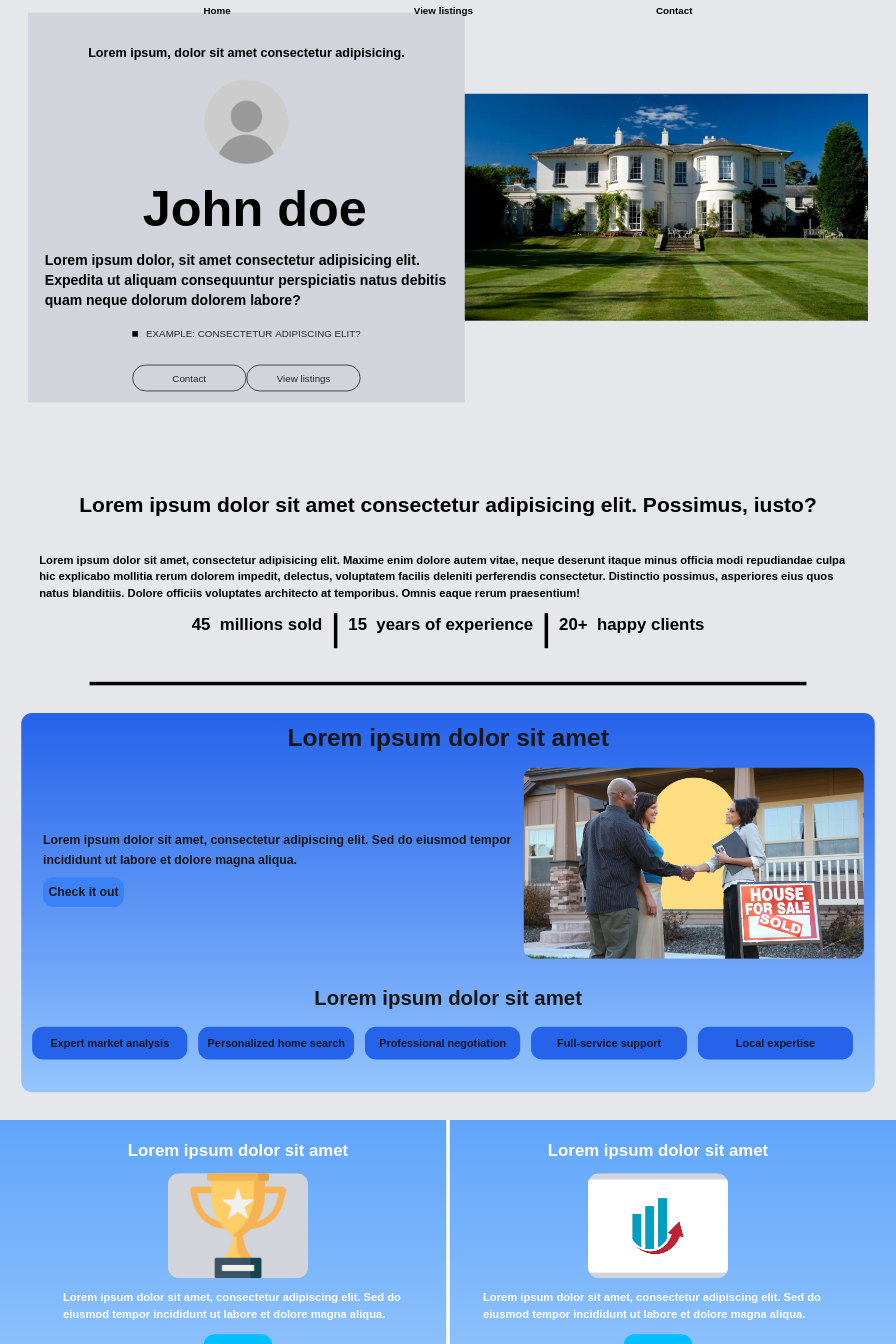
Repository: TMuse333/single-page-real-estate
Page: / (app in frontend/)
These files come from the project's save history. The page is drawn as it stood at one moment and after the next save; the edit follows.
The browser window is 1280 px wide. The pictures show the part of the page from y = 0 to 1920 px (the page is 6391 px tall), at 70% of full size.
The project was rebuilt for these pictures with package versions that can differ from the ones it lists, and the page was loaded fresh each time. The framework's server and built-in components were replaced by stand-ins that run in the browser. Also part of the build but not shown: frontend/next.config.mjs.

Above is the page before, as saved 2024-12-05 15:18:04.

### frontend/src/app/layout.tsx
import { ContextProvider } from "@/context/context";
import type { Metadata } from "next";
import localFont from "next/font/local";
import "./globals.css";

const geistSans = localFont({
  src: "./fonts/GeistVF.woff",
  variable: "--font-geist-sans",
  weight: "100 900",
});
const geistMono = localFont({
  src: "./fonts/GeistMonoVF.woff",
  variable: "--font-geist-mono",
  weight: "100 900",
});

export const metadata: Metadata = {
  title: "Bonnie Hutchins",
  description: "A sample website for Bonnie Hutchins",
};

export default function RootLayout({
  children,
}: Readonly<{
  children: React.ReactNode;
}>) {
  return (
    <html lang="en">
      <ContextProvider>


      <body
        className={`${geistSans.variable} ${geistMono.variable} antialiased`}
      >
        {children}
      </body>
      </ContextProvider>
    </html>
  );
}

### frontend/src/app/page.tsx
"use client"


import AuroraHero from "../components/auroraHero/auroraHero";
import CountUpStats from "../components/countUpStats/countUpStats";
import ExperienceCard from "../components/experienceCard/experienceCard";
import { experienceCard1, experienceCard2 ,experienceCard3,
 displayBox1, displayBox2,blogData, closingStatement, contactCard} from "@/data/data";
// import ImageTextBox from "./components/imageTextBox/imageTextBox";
import DisplayBoxes from "../components/displayBox/displayBox";
import Testimonials from "../components/testimonials/testimonials";
import ScrollCarousel from "../components/scrollCarousel/scrollCarousel";
import Closer from "../components/closer/closer";
import BigNav from "../components/navbar/bigNav";
import Footer2 from "../components/footer/footer";
import ContactCard from "../components/contactCard/contactCard";
import Herobanner from "@/components/herobanner/herobanner";
export default function Home() {
  return (
    <>

   <main className="relative w-screen overflow-x-hidden
   bg-gray-200 ">
   <BigNav
    excludedLink=""
    />
    {/* <AuroraHero/> */}
    <Herobanner/>
    <CountUpStats
    number1="45"
    number2="15.5"
    number3="20"/>

<ExperienceCard
    {...experienceCard2}
    />

    <DisplayBoxes
    data={displayBox1}
    />



<ExperienceCard
    {...experienceCard3}
    />



    <DisplayBoxes
    data={displayBox2}
    />

  <ExperienceCard
    {...experienceCard1}
    />

    <Testimonials/>

    <ScrollCarousel
    images={blogData}
    bgImage
    />



    <Closer
    {...closingStatement}
    />

<ContactCard
    {...contactCard}
    />

    <Footer2
    excludedLink=""
    />


   </main>
   </>
  );
}

### frontend/src/context/context.tsx
"use client"

import React, { createContext, useState, useContext, ReactNode, useEffect } from 'react';

// Define the type for the context value
interface GeneralContextType {

  isMobile: boolean;
  setIsMobile: React.Dispatch<React.SetStateAction<boolean>>;
  heroInView: boolean;
  setHeroInView: React.Dispatch<React.SetStateAction<boolean>>;


}

// Create the context
export const GeneralContext = createContext<GeneralContextType | undefined>(undefined);

// Create a provider component
export const ContextProvider: React.FC<{ children: ReactNode }> = ({ children }) => {
  // Initialize the value state


  // Detect mobile devices
  const [isMobile, setIsMobile] = useState<boolean>(true);

const [heroInView, setHeroInView] = useState(true)





  useEffect(() => {
    const handleScroll = () => {
      if (typeof window !== 'undefined') {
        setIsMobile(window.innerWidth <= 865);
      }
    };

    if (typeof window !== 'undefined') {
      window.addEventListener('scroll', handleScroll);
      handleScroll(); // Initial check
    }

    return () => {
      if (typeof window !== 'undefined') {
        window.removeEventListener('scroll', handleScroll);
      }
    };
  }, []);


  useEffect(() => {
    console.log('is mobile', isMobile);
  }, [isMobile]);

  const contextValue = {

    isMobile,
    setIsMobile,
    heroInView, setHeroInView

  };

  return <GeneralContext.Provider value={contextValue}>{children}</GeneralContext.Provider>;
};

export const useGeneralContext = (): GeneralContextType => {
  const context = useContext(GeneralContext);
  if (!context) {
    throw new Error('useGeneralContext must be used within a ContextProvider');
  }
  return context;
};

### frontend/src/components/countUpStats/countUpStats.tsx
"use client"
import React, {useRef} from "react";
import CountUp from "react-countup";
import { useInView} from 'framer-motion'

interface Props {
  number1: string;
  number2: string;
  number3: string;
}

const CountUpStats: React.FC<Props> = ({ number1, number2, number3 }) => {

    const ref = useRef(null)
    const inView = useInView(ref,{
        once:true
    })
  return (
    <>
    <section   ref={ref}
    className="mx-auto w-screen max-w-[1200px]
    text-black">
         <h2 className="text-center px-4 font-bold text-2xl sm:text-3xl
         my-12">Lorem ipsum dolor sit amet consectetur adipisicing elit. Possimus, iusto?</h2>
         <p className="font-semibold px-4">
            Lorem ipsum dolor sit amet, consectetur adipisicing elit. Maxime enim dolore autem vitae, neque deserunt itaque minus officia modi repudiandae culpa hic explicabo mollitia rerum dolorem impedit, delectus, voluptatem facilis deleniti perferendis consectetur. Distinctio possimus, asperiores eius quos natus blanditiis. Dolore officiis voluptates architecto at temporibus. Omnis eaque rerum praesentium!
         </p>

    <section

      className="flex mx-auto flex-col justify-center items-center mt-4
      md:flex-row font-semibold"
    >

      {/* Number 1 */}
      <div className="text-2xl mb-6 flex flex-col
      justify-center md:flex-row items-start ">
        <CountUp start={0}
          end={inView ? parseInt(number1) : 0}
         duration={2} />
         &nbsp; millions sold
         <div className="w-[50vw] h-[5px] bg-black mb-6
      md:h-[50px] md:w-[5px] mx-4 " />
      </div>

      {/* Divider */}


      {/* Number 2 */}
      <div className="text-2xl mb-6 flex flex-col
      justify-center md:flex-row items-start ">
        <CountUp start={0}
          end={inView ? parseInt(number2) : 0}
         duration={2} />
         &nbsp; years of experience
         <div className="w-[50vw] h-[5px] bg-black mb-6
      md:h-[50px] md:w-[5px] mx-4 " />
      </div>

      {/* Number 3 */}
      <div className="text-2xl mb-6 flex flex-col
      justify-center md:flex-row items-start mb-auto">
        <CountUp start={0}
          end={inView ? parseInt(number3) : 0}
         duration={2} />
         +&nbsp; happy clients

      </div>
    </section>
    </section>

    <div className="w-[80vw] max-w-[1200px]
    mx-auto h-[5px] bg-black"
    />

    </>
  );
};

export default CountUpStats;

### frontend/src/components/displayBox/displayBox.tsx
import React from "react";
import Image from 'next/image'
import Link from "next/link";


interface ElementProps {
    title:string,
    src:string,
    alt:string,
    description:string,
    buttonText:string,
    destination:string
}

const Element:React.FC<ElementProps> = ({
    title,src,alt,description,buttonText,
    destination
}) => {

    return (
        <section className="w-[90vw] mx-auto flex
        mt-2
        flex-col justify-center items-center relative

        sm:w-[45vw] max-w-[500px] mb-8">
            <h2 className="text-white text-center
            text-2xl mb-4 font-semibold">{title}</h2>
            <Image
            src={src}
            alt={alt}
            width={600}
            height={1300}
            className='w-[40vw]  h-[20vw]
            max-h-[150px] mx-auto object-contain
            max-w-[200px] bg-gray-300 rounded-2xl'
            />
            <p className="text-white my-4 font-semibold">{description}</p>
            <button className="bg-[#00bfff]
            p-2 rounded-2xl text-white">
                <Link href={destination}>
                    {buttonText}
                </Link>
            </button>


        </section>

    )
}

interface DisplayBoxProps {
    data:ElementProps[]
}

    const DisplayBoxes:React.FC<DisplayBoxProps> = ({
        data
    }) => {

        return (
            <section className="w-screen relative
            bg-gradient-to-b from-blue-400 to-blue-300 "
            >


            <section className="flex flex-col
            sm:grid grid-cols-2 justify-center
            items-center max-w-[1200px]
            mx-auto bg-gradient-to-b from-blue-400 to-blue-300
             pt-5">
                <div className="absolute
                top-1/2 w-full
                 sm:top-0
                left-1/2 -translate-x-1/2 h-[5px]
                 md:h-full
                sm:w-[5px] bg-white"/>
                {data.map((data, index) => (
                    <Element
                    {...data}
                    key={index}
                    />
                ))}
            </section>
            </section>

        )
    }


    export default DisplayBoxes

### frontend/src/components/closer/closer.tsx
"use client"

import React, { useRef} from "react";
import Link from "next/link";
import {motion, useInView} from 'framer-motion'
import Image from "next/image";


interface Props {
    image:string,
    title:string,
    description:string,
    buttonText:string,
    destination:string

}

const Closer: React.FC<Props> = ({image,title,description,
destination,buttonText}) => {

    const ref = useRef(null)

    const inView = useInView(ref,{
        once:true
    })

      const variants = {
        initial:{
            opacity:0,
            x:-100
        },
        animate:{
            x:0,
            opacity:1,
            transition:{
                opacity:{
                    duration:0.5
                }
            }
        }

      }

      const textVariants = {
        initial:{
            y:-20,
            opacity:0
        },
        animate:{
            opacity:1,
            y:0,
            transition:{
                delay:0.5
            }
        }
      }

    return (
        <motion.section ref={ref}

        className={`w-screen text-white h-[600px]
        relative flex flex-col items-center justify-center
        bg-center
        `}
        variants={variants}
        initial='initial'
        animate={inView ? 'animate' : 'initial'}
        >
            <Image src={image}
            alt="A background image of cash to signifies how you cash sell your houses fast for cash with ontario cash for houses"
            className='absolute w-full h-full
            object-cover'
                style={{
                    filter:'brightness(0.6)'
                }}
                width={600}
                height={1300}
            />

            <motion.div className="-mt-12 relative z-[4]"
              variants={textVariants}
              initial='initial'
              animate={inView ? 'animate' : 'initial'}>
            <motion.h4

            className="pl-4 text-3xl  ">{title}
            </motion.h4>

            <p className="mt-4 text-left pl-4 pr-4
            max-w-[800px] sm:text-xl ">{description}</p>

            <Link href={destination}
            passHref>
                <button className="mt-6 text-black
                bg-white ml-4 hover:bg-blue-500
                transition-all hover:text-white
                hover:scale-[1.05] p-3
                rounded-xl">
                {buttonText}
                </button>
            </Link>
            </motion.div>
        </motion.section>
    )
}

export default Closer

### frontend/src/components/contactCard/contactCard.tsx
import Image from "next/image";
import Link from "next/link";
import React from "react";



interface Props {
    src:string,
    alt:string,
    name:string,
    title:string
    description:string,
    quote:string
    phone:string,
    email:string,
    socials:{
        src:string,
        destination:string,
        alt:string
    }[]
}


const ContactCard:React.FC<Props> = ({
    src,alt,name,
    phone,email,socials,title,quote
}) => {


    return (
        <section className="mx-auto flex flex-col
        md:flex-row max-w-[1200px] my-12">
            <section className="text-center
            md:w-[33vw] max-w-[400px]">
                <h3 className="mb-2 font-bold
                text-3xl">{name}</h3>
                <h4 className="mb-2 font-semibold
                whitespace-pre-line">{title}</h4>
                <p className="mb-2 px-4">{quote}</p>
            </section>
            <section className="md:w-[33vw] max-w-[400px]">
                <Image
                src={src}
                alt={alt}
                className='w-[70vw]
                object-contain mx-auto
                max-w-[200px] hax-h-[250px]'
                width={600}
                height={1300}
                />
            </section>
            <section className="text-center  md:w-[33vw] max-w-[400px]">
                <h3 className="mb-2 text-2xl font-semibold">Contact Information</h3>
                <p className="mb-2 font-semibold">{phone}</p>
                <p className="mb-2 font-semibold whitespace-pre-line

                leading-6">{email}</p>
                {/* <ul className="flex items-center w-full
                ">
                    {socials.map((social,index)=>(
                        <li className="mx-auto"
                        key={index}
                        >
                            <Image
                            src={social.src}
                            alt={social.alt}
                            className='w-[100px]
                            object-contain'
                            width={600}
                            height={1300}
                            />
                            <Link
                            href={social.destination}
                            />
                        </li>
                    ))}
                </ul> */}
            </section>

        </section>
    )
}

export default ContactCard

### frontend/src/components/herobanner/herobanner.tsx
import Image from "next/image";
// import Link from "next/link";
import React from "react";
// import tom from '../../../public/thomas-full-body-1-nogb.png'
// import full from '../../../public/smile-tom.png'
import side from '../../../public/placeholder.png'
import home from '../../../public/home.webp'
import { TypeWriter } from "../typeWriter/typeWriter";
// import half from '../../../public/smiley-tom-half.png'
const Herobanner = () => {

    return (


       <header className="flex flex-col md:flex-row
       md:h-screen relative items-center
       mx-auto max-w-[1200px] text-black
       md:mt-[-4rem]  "
    //    style={{
    //     background: 'radial-gradient(circle, #00bfff -150%, rgba(0, 191, 255, 0%) 80%)'
    //   }}
      >

        <section className="flex flex-col
        md:w-[50vw] justify-center
        items-center bg-gray-300 py-4">
             <h2 className="mx-auto p-3
             text-center
           text-lg mt-4 font-semibold ">
           Lorem ipsum, dolor sit amet consectetur adipisicing.

            </h2>


            <Image
            src={side}


            height={600}
            width={1300}
            alt='A full body image of Thomas Musial'
            className="w-[80vw] h-[20vh] object-contain mx-auto
           rounded-full bg-gray-600 md:bg-transparent

            "
            />
            <h1 className="font-semibold
            text-5xl sm:text-6xl md:text-7xl
             mt-4 text-center md:text-start md:pl-6">John doe</h1>
            <p className="mx-auto p-6 font-semibold
            text-xl">
              Lorem ipsum dolor, sit amet consectetur adipisicing elit. Expedita ut aliquam consequuntur perspiciatis natus debitis quam neque dolorum dolorem labore?
            </p>
            <TypeWriter
            />
            {/* <section className="flex mr-auto ml-6">
                <button className="bg-[#00bfff] p-3
                rounded-2xl mr-6">Contact</button>
                <button className="bg-[#00bfff] p-3
                rounded-2xl mr-6">View listings</button>
            </section> */}
            </section>

            <Image
            src={home}


            height={600}
            width={1300}
            alt='A full body image of Thomas Musial'
            className="w-[45vw] hidden  object-contain mx-auto
 bg-gray-600  md:block


            "
            />






       </header>
    )
}

export default Herobanner

### frontend/src/components/slidingText/slidingText.tsx
import React, { useRef, useState } from "react";
import { motion, useScroll, useTransform, useMotionValueEvent } from "framer-motion";
import { useGeneralContext } from "@/context/context";

interface TextProps {
    text: string;
    setSlideComplete?: React.Dispatch<React.SetStateAction<boolean>>;
    reverse?:boolean,
    subText?:string
}

const SlidingText: React.FC<TextProps> = ({ text, setSlideComplete,
reverse,subText }) => {
    // Reference to the target element to track scroll position
    const targetRef = useRef(null);

    const {isMobile} = useGeneralContext()

    // State to track when slide is complete
    const [slideComplete, setLocalSlideComplete] = useState(false);

    // Get scroll progress relative to the targetRef
    const { scrollYProgress } = useScroll({
        target: targetRef,
        offset: ["end end", "end start"], // Adjust these offsets as needed
    });

    // Transform scroll progress to x position, scale, and opacity
    const x = useTransform(scrollYProgress, [0, isMobile ? 0.4 : 0.6], [!reverse ? 350 : -350, 0]); // Adjust as needed
    const opacity = useTransform(scrollYProgress, [0, 0.2, 0.55], [0, 0.0, 1]);

    // Monitor changes in the `x` value and set `slideComplete` to true when x reaches 0


    useMotionValueEvent(x,"change",(latest) => {
        if(latest === 0 && !slideComplete){
            setLocalSlideComplete(true)
            if (setSlideComplete) {
                console.log('skdie complete true')
                setSlideComplete(true);
            }
        }

    })

    return (
        <div ref={targetRef}>
            <motion.h2
                className=" bg-gradient-to-b from-white to-gray-300 bg-clip-text text-transparent
                text-3xl sm:text-4xl md:text-5xl lg:text-6xl font-semibold text-center relative transition-colors
                mb-8"
                // style={!slideComplete ? { x, opacity } : {}} // Apply the animated styles
                style={{ x, opacity }}
                // Apply the gradient flow when slideComplete is true
                whileInView={
                    slideComplete
                        ? {
                              backgroundImage: [
                                  "linear-gradient(to right, #00e0ff, #00a2e4, #00e0ff)", // Default colors
                                  "linear-gradient(to right, #33e8ff, #33b5d6, #33e8ff)", // Brighter colors
                                  "linear-gradient(to right, #00e0ff, #00a2e4, #00e0ff)",  // Back to default
                              ],
                              transition: {
                                  repeat: Infinity,
                                  repeatType: "mirror",
                                  duration: 3, // Control how fast the gradient oscillates
                              },
                          }
                        : {}
                }
            >
                {text}
            </motion.h2>
            {subText && (
                <motion.h3 className={`w-[80vw] mx-auto text-xl
                transition-opacity
                sm:text-2xl ${slideComplete ? 'opacity-1' : 'opacity-0'}`}>
                    {subText}
                </motion.h3>
            )}
        </div>
    );
};

export default SlidingText;

Loaded but not shown: frontend/src/app/globals.css (common file); frontend/tailwind.config.ts (common file); frontend/src/components/navbar/bigNav.tsx (512 lines, source omitted); frontend/src/components/experienceCard/experienceCard.tsx (191 lines, source omitted); frontend/src/data/data.ts (173 lines, source omitted); frontend/src/components/testimonials/testimonials.tsx (127 lines, source omitted); frontend/src/components/scrollCarousel/scrollCarousel.tsx (161 lines, source omitted); frontend/src/components/footer/footer.tsx (178 lines, source omitted); frontend/src/components/typeWriter/typeWriter.tsx (129 lines, source omitted)

After the next save:
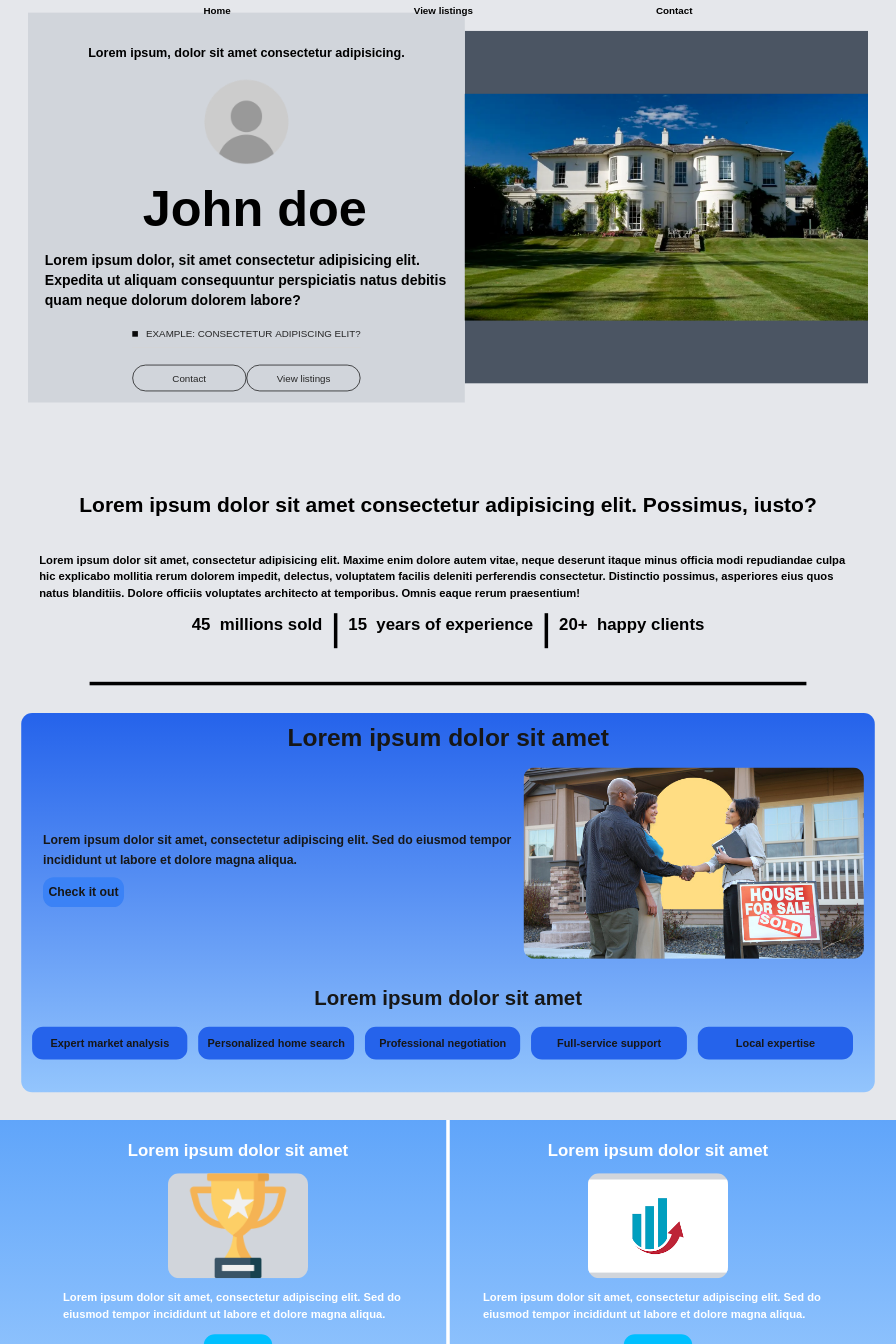
Saved 11 s later.
--- a/frontend/src/components/herobanner/herobanner.tsx
+++ b/frontend/src/components/herobanner/herobanner.tsx
@@ -69,7 +69,7 @@ const Herobanner = () => {
             width={1300}
             alt='A full body image of Thomas Musial'
             className="w-[45vw] hidden  object-contain mx-auto
- bg-gray-600  md:block
+ bg-gray-600  md:block h-[70vh]
 
 
             "
